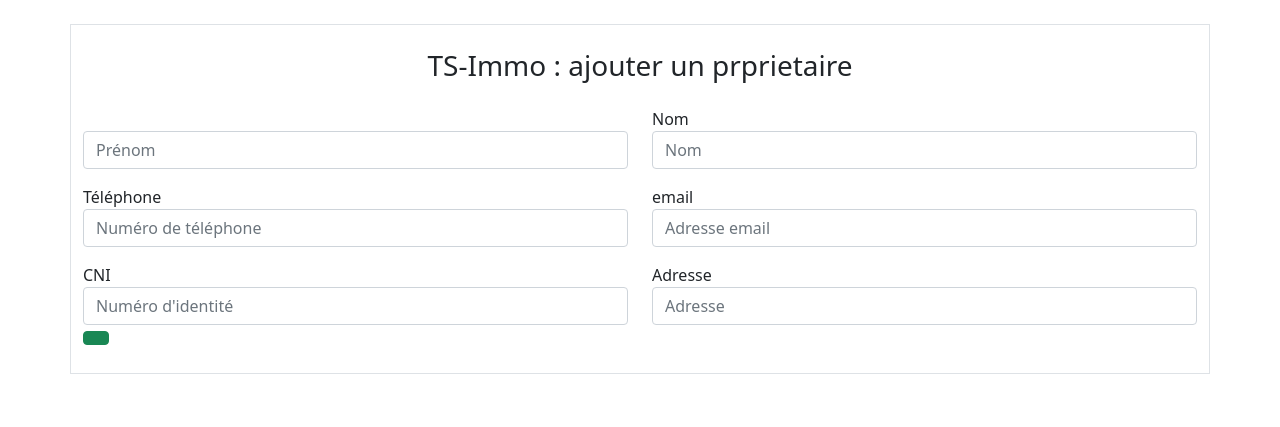
Repository: saliou-t/TS-IMMO
Page: http://localhost/src/views/proprietaire/new.html.php
The author's editor kept a copy of each file at every save. The page is drawn from the files as they stood at one save, then again after the next save.
The browser window is 1280 px wide. The pictures show the whole page.
The page is run by PHP 8.4 with error messages shown; the project is at /var/www/html/.

Above is the page before, as saved 2022-04-03 14:38:40.

### src/views/proprietaire/new.html.php
<!DOCTYPE html>
<html lang="en">
<head>
    <meta charset="UTF-8">
    <meta http-equiv="X-UA-Compatible" content="IE=edge">
    <meta name="viewport" content="width=device-width, initial-scale=1.0">
    <link href="https://cdn.jsdelivr.net/npm/bootstrap@5.1.3/dist/css/bootstrap.min.css" rel="stylesheet" integrity="sha384-1BmE4kWBq78iYhFldvKuhfTAU6auU8tT94WrHftjDbrCEXSU1oBoqyl2QvZ6jIW3" crossorigin="anonymous">
    <title>Ajouter Proprietaire</title>

</head>
<body>

<div class="container jumbotron">
    <div class="row border py-4 my-4">
        <h3 class="text-center ">TS-Immo : ajouter un prprietaire</h3>
        <form action="" methode="POST">
            <div class="row my-3">
                <div class="col">
                    <label for="Prénom"></label>
                    <input class="form-control" name ="prenom" type="text" placeholder="Prénom">
                </div>
                <div class="col">
                    <label for="nom">Nom</label>
                    <input class="form-control" name="nom" type="text" placeholder="Nom">
                </div>
            </div>
            <div class="row my-3">
                <div class="col">
                    <label for="telephone">Téléphone</label>
                    <input class="form-control" name="telephone" type="text" placeholder="Numéro de téléphone">
                </div>
                <div class="col">
                    <label for="email">email</label>
                    <input class="form-control" name="email" type="text" placeholder="Adresse email">
                </div>
            </div>
            <div class="row">
                <div class="col">
                    <label for="cni">CNI</label>
                    <input class="form-control" name="CNI" type="text" placeholder="Numéro d'identité">
                </div>
                <div class="col">
                    <label for="adresse">Adresse</label>
                    <input class="form-control" name="adresse" type="text" placeholder="Adresse">
                </div>
            </div>
            <div class="row">
                <div class="col">
                    <div class="btn btn-success"></div>
                </div>
            </div>
        </form>
    </div>
</div>
</body>
</html>

After the next save:
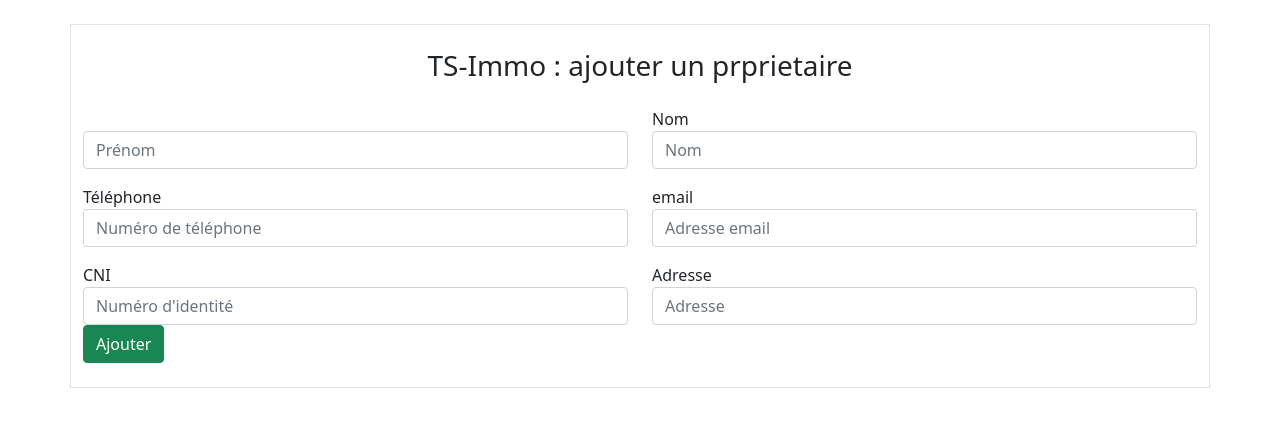
Saved 5 s later.
--- a/src/views/proprietaire/new.html.php
+++ b/src/views/proprietaire/new.html.php
@@ -46,7 +46,7 @@
             </div>
             <div class="row">
                 <div class="col">
-                    <div class="btn btn-success"></div>
+                    <div class="btn btn-success">Ajouter</div>
                 </div>
             </div>
         </form>
